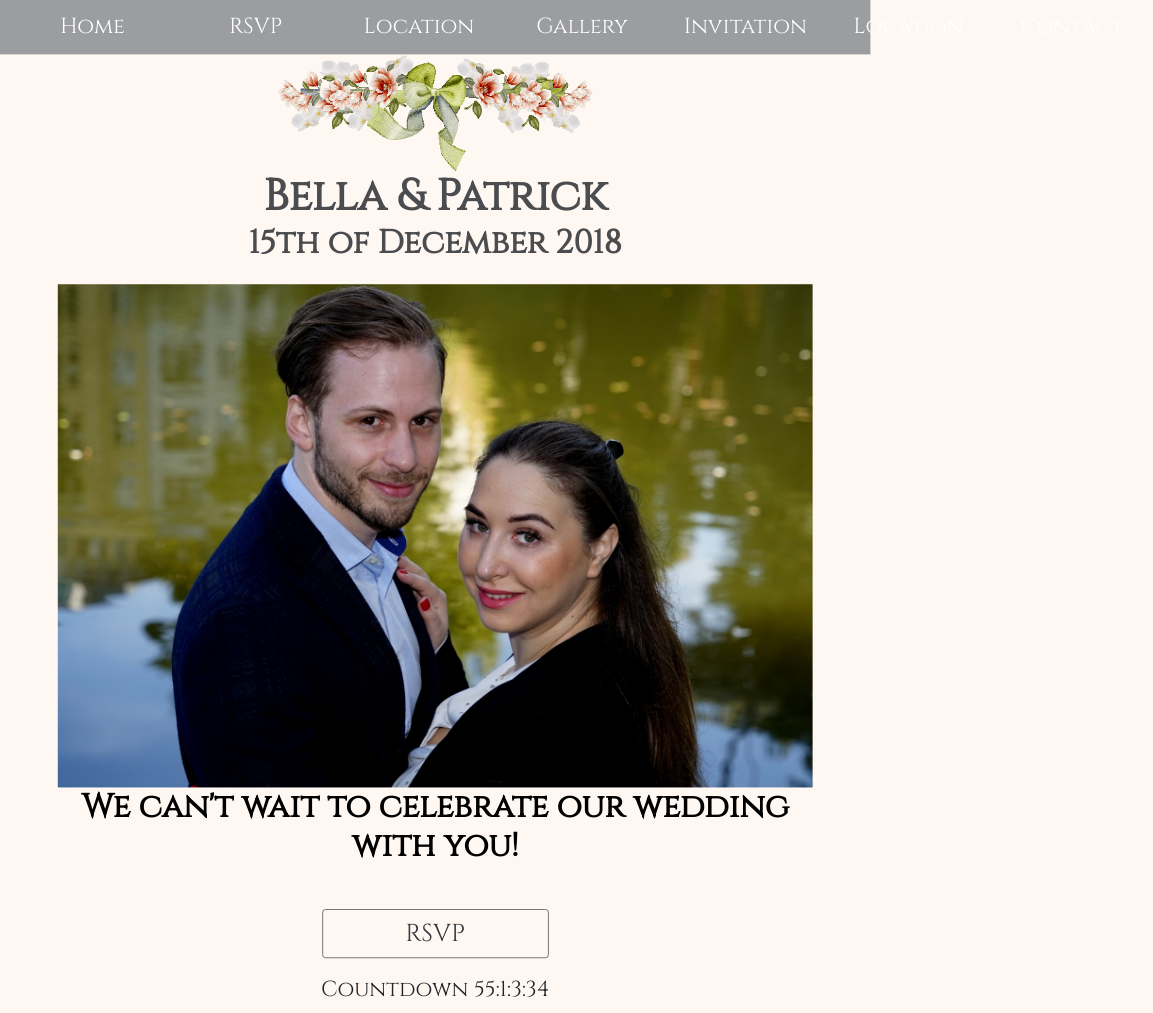
Repository: PMeiler/weddingApp
Page: http://localhost/
The author's editor kept a record of every edit. The page is drawn from the files as they stood at one moment, then again after the next edit.
The browser window is 1280 px wide. The page is 1696 px wide, so the pictures cover 1696 px, including what lies to the right of the window. The pictures show the whole page, at 68% of full size.
Some web fonts or font styles are not loaded; a fallback is used. The page is served by the project's Node server (index.js).

Above is the page before.

After the next edit:
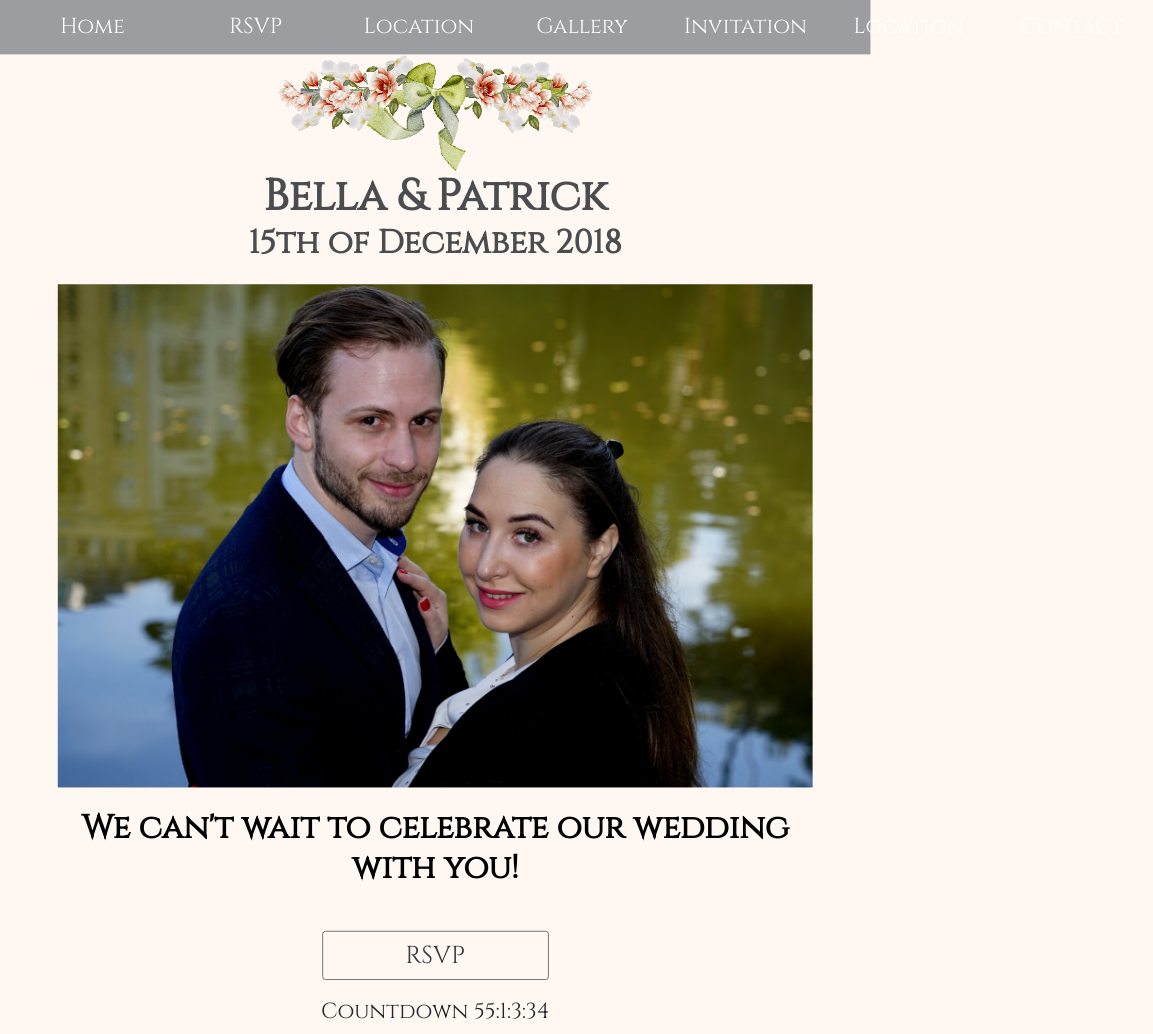
The edit:
--- a/views/public/index.ejs
+++ b/views/public/index.ejs
@@ -1,7 +1,7 @@
 <% include partials/header %>
 
 
-	<div class="container" style="margin-top:2rem;">
+	<div class="container" style="margin:2rem auto;">
 		<img src="pic4.jpeg" class="img-fluid" alt="Responsive image">
 	</div>
 
